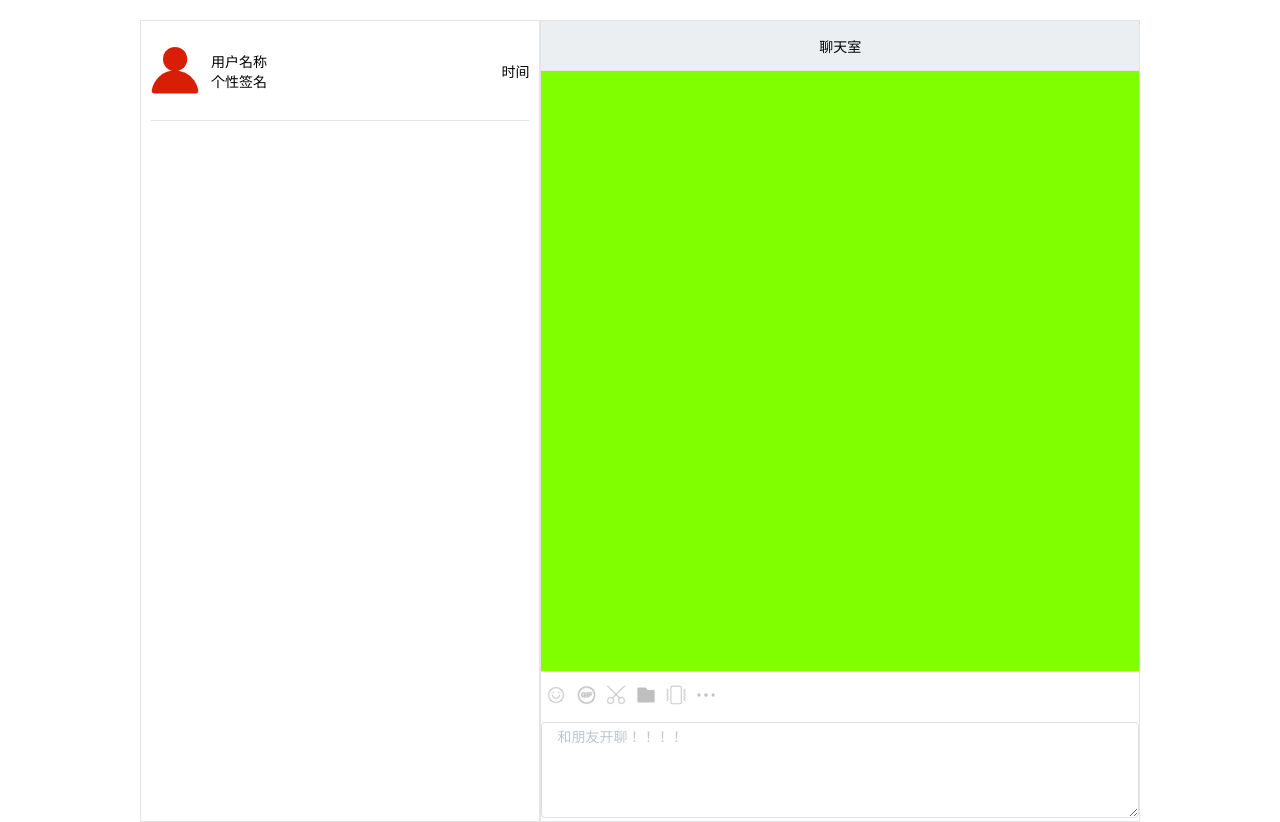
Repository: jinggegeZ/livechat
Page: /
These files come from the project's save history. The page is drawn as it stood at one moment and after the next save; the edit follows.
The browser window is 1280 px wide. The pictures show the whole page.
The project was rebuilt for these pictures with package versions that can differ from the ones it lists, and the page was loaded fresh each time.

Above is the page before, as saved 2020-08-17 12:59:02.

### src/main.js
import Vue from 'vue'
import App from './App.vue'
import router from './router'
import store from './store'
import ElementUI from 'element-ui';
import 'element-ui/lib/theme-chalk/index.css';

Vue.config.productionTip = false
Vue.use(ElementUI);
new Vue({
  router,
  store,
  render: h => h(App)

}).$mount('#app')

### src/App.vue
<template>
  <div id="app">

    <router-view/>
  </div>
</template>

<style lang="scss">
*{
  margin: 0;
  padding: 0;
}
</style>

### src/views/Home.vue
<template>
  <div class="content">
    <div class="content-c">
      <div class="box">
        <!-- 用户信息 -->
        <div class="box1">
        <!-- 搜索用户名字 -->
        <!-- <div class="boxsearch"></div> -->
        <!-- 信息盒子 -->
          <div class="box1-1">
            <div class="box1-1-1">
              <!-- 头像 -->
              <div class="img">
                <img src="../../public/image/active-my.png" alt />
              </div>
              <!-- 用户信息 -->
              <div>
                <div>用户名称</div>
                <div>个性签名</div>
              </div>
            </div>
            <!-- 时间 -->
            <div>时间</div>
          </div>
        </div>
        <!-- 聊天信息 -->
        <div class="box2">
          <div class="box2-1">
            <div class="box2-1-top">聊天室</div>
            <div class="box2-1-body"></div>
          </div>
          <div class="box2-2">
            <div class="box2-2-1">
              <div>
                <img class="img1" src="../../public/image/small.png" alt />
              </div>
              <div>
                <img class="img1" src="../../public/image/GIF.png" alt />
              </div>
              <div>
                <img class="img1" src="../../public/image/chose.png" alt />
              </div>
              <div>
                <img class="img1" src="../../public/image/word.png" alt />
              </div>
              <div>
                <img class="img1" src="../../public/image/move.png" alt />
              </div>
              <div>
                <img class="img1" src="../../public/image/more.png" alt />
              </div>
            </div>
            <div class="box2-2-2">
              <el-input
                type="textarea"
                v-model="textarea"
                placeholder="和朋友开聊！！！！"
                :autosize="{ minRows: 4, maxRows: 8}"
              ></el-input>
            </div>
          </div>
        </div>
      </div>
    </div>
  </div>
</template>

<script>
export default {
  name: "",
  props: {},
  components: {},
  data() {
    return {
      input: "",
      textarea: "",
    };
  },
  methods: {},
  mounted() {},
  watch: {},
  computed: {},
};
</script>

<style scoped lang='scss'>
.content {
  width: 100%;
  display: flex;
  justify-content: center;
  font-size: 14px;
}
.content-c {
  width: 95%;
  display: flex;
  justify-content: center;
  align-items: center;
}
.box {
  width: 1000px;
  height: 800px;
  background: white;
  display: flex;
  margin-top: 20px;
}
.box1 {
  flex: 4;
  height: 100%;
  display: flex;
  justify-content: center;
  border: 1px solid rgb(228, 228, 228);
}
.boxsearch {
  width: 100%;
  height: 150px;
}
.box1-1 {
  width: 95%;
  height: 99px;
  border-bottom: 1px solid rgb(228, 228, 228);
  display: flex;
  align-items: center;
  justify-content: space-between;
}
.box1-1-1 {
  display: flex;
  align-items: center;
  height: 100%;
}
.img {
  width: 50px;
  height: 50px;
  border-radius: 50%;
  margin-right: 10px;
}
.img1 {
  width: 20px;
  height: 20px;
  margin: 5px;
}
.box2 {
  flex: 6;
  height: 100%;
  position: relative;
  border: 1px solid rgb(228, 228, 228);
}
.box2-2 {
  position: absolute;
  bottom: 0;
  width: 100%;
  height: 149px;
  z-index: 1;
  border-top: 1px solid rgb(228, 228, 228);
}
.box2-1-top {
  width: 100%;
  height: 49px;
  border-bottom: 1px solid rgb(228, 228, 228);
  display: flex;
  justify-content: center;
  align-items: center;
  background: rgb(235, 239, 242);
}
.box2-1-body {
  width: 100%;
  height: 600px;
  background: chartreuse;
}
.box2-2-1 {
  width: 100%;
  height: 50px;
  display: flex;
  align-items: center;
}
.box2-2-2 {
  width: 100%;
  height: 100px;
}
</style>

Loaded but not shown: public/index.html (common file); src/router/index.js (common file); src/store/index.js (common file)

After the next save:
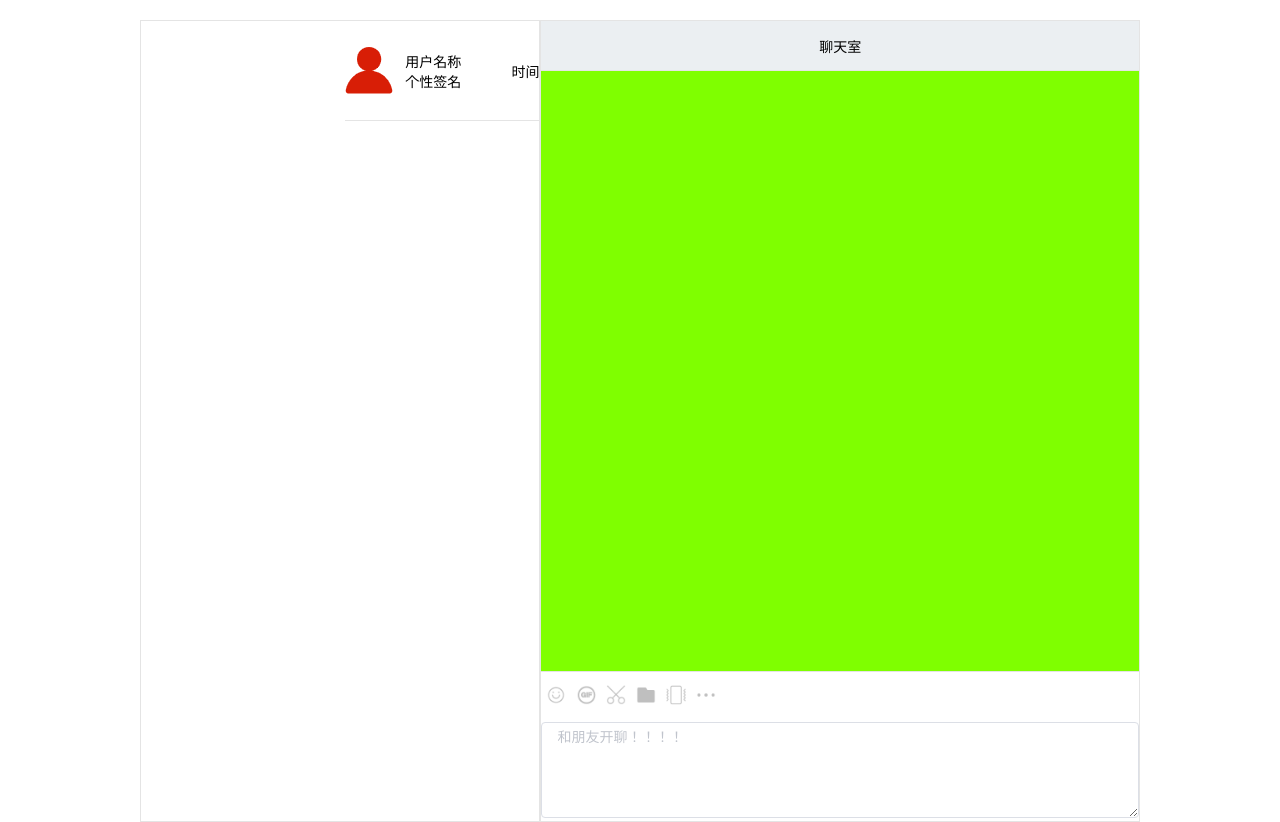
Saved 2 min 13 s later.
--- a/src/views/Home.vue
+++ b/src/views/Home.vue
@@ -5,7 +5,7 @@
         <!-- 用户信息 -->
         <div class="box1">
         <!-- 搜索用户名字 -->
-        <!-- <div class="boxsearch"></div> -->
+        <div class="boxsearch"></div>
         <!-- 信息盒子 -->
           <div class="box1-1">
             <div class="box1-1-1">
